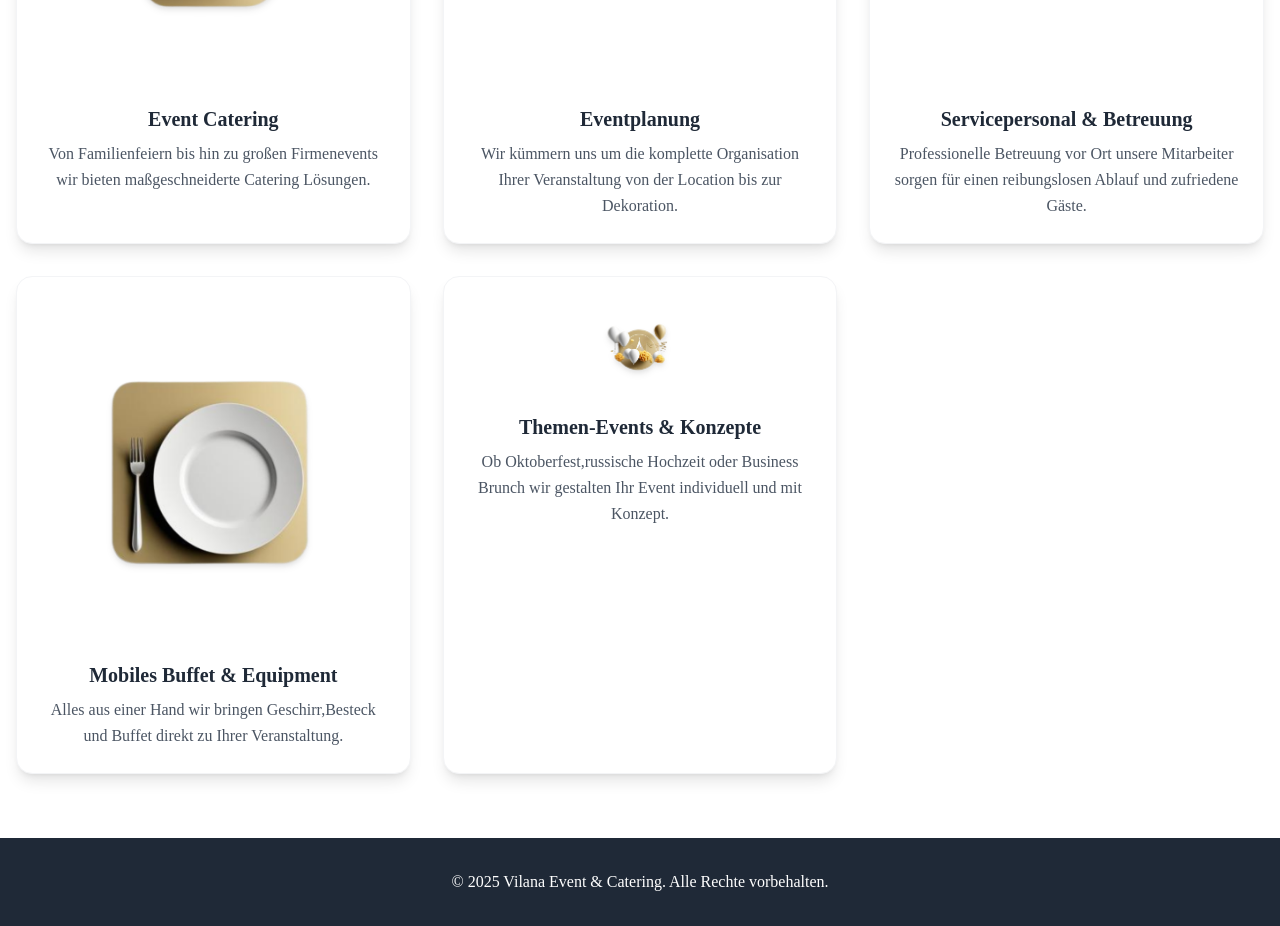
Repository: NikolajMalisch/vilana
Page: index.html
The author's editor kept a copy of each file at every save. The page is drawn from the files as they stood at one save, then again after a run of saves.
The browser window is 1280 px wide. The pictures show the part of the page from y = 1233 to 2185 px (the page is 2159 px tall before and 2185 px after).
A picture or video elsewhere on the page could not be fetched, so the positions and the page height are approximate. Some web fonts or font styles are not loaded; a fallback is used. Some web libraries are served in a nearby version.

Above is the page before, as saved 2025-08-01 08:40:09.

After the next 2 saves:
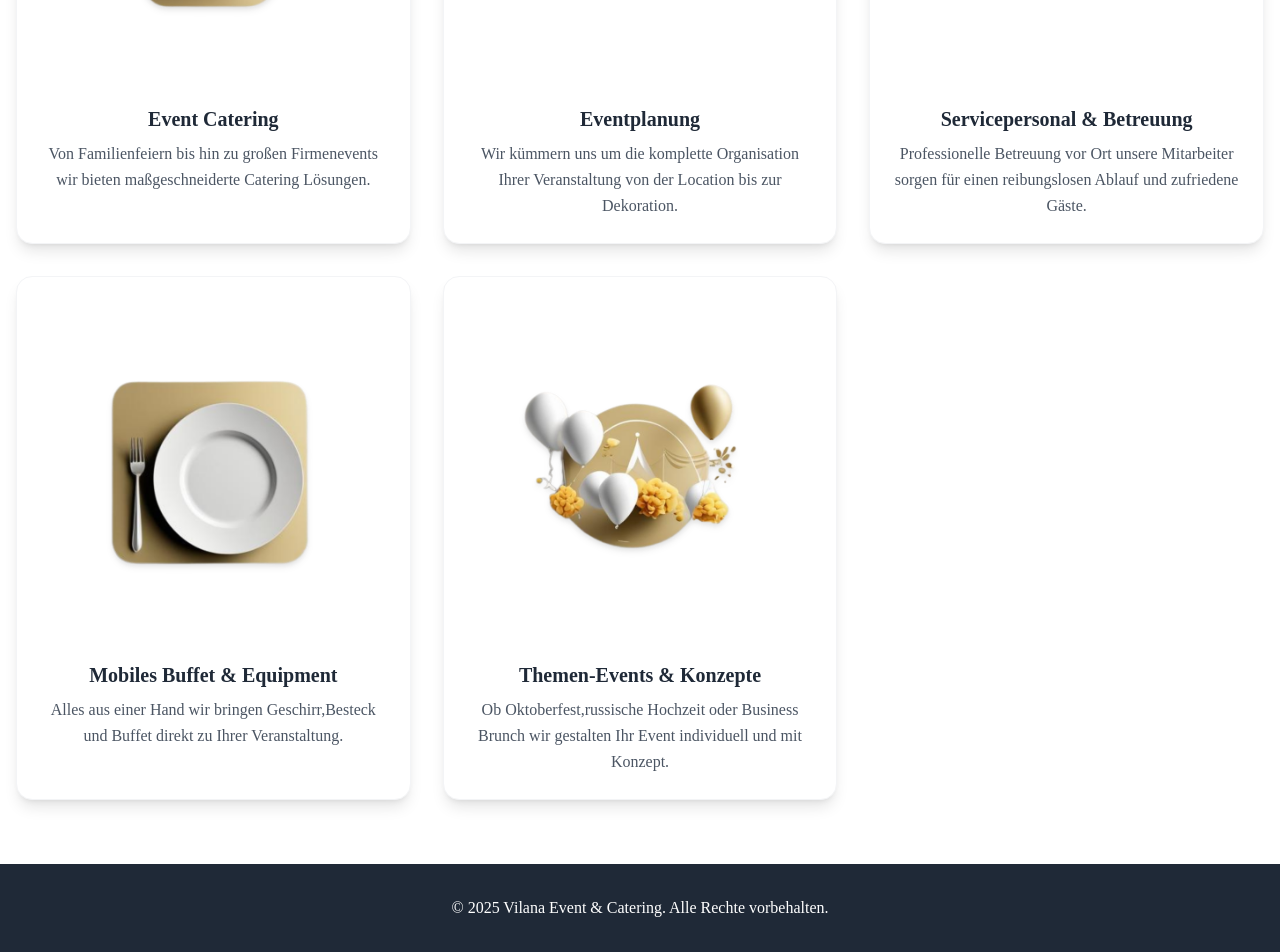
The 2 saves are shown as one change because they came seconds apart.
The last was saved 7 s later.
--- a/index.html
+++ b/index.html
@@ -166,7 +166,7 @@
 
     <!-- Themen-Events -->
     <div class="bg-white rounded-2xl p-6 shadow-lg hover:shadow-2xl transition-shadow duration-300 border border-gray-100">
-        <img src="images/Без названия (500 x 500 пикс.) new/Themen.png" alt="Themen Events" class="w-24 h-24 mb-4 mx-auto drop-shadow-md">
+        <img src="images/Без названия (500 x 500 пикс.) new/Themen.png" alt="Themen Events" class="w-25 h-25 mb-4 mx-auto drop-shadow-md">
         <h3 class="text-xl font-semibold text-center text-gray-800 mb-2 lang lang-de">Themen-Events & Konzepte</h3>
         <h3 class="text-xl font-semibold text-center text-gray-800 mb-2 lang lang-ru">Тематические мероприятия</h3>
         <p class="text-gray-600 text-center leading-relaxed lang lang-de">Ob Oktoberfest,russische Hochzeit oder Business Brunch wir gestalten Ihr Event individuell und mit Konzept.</p>
